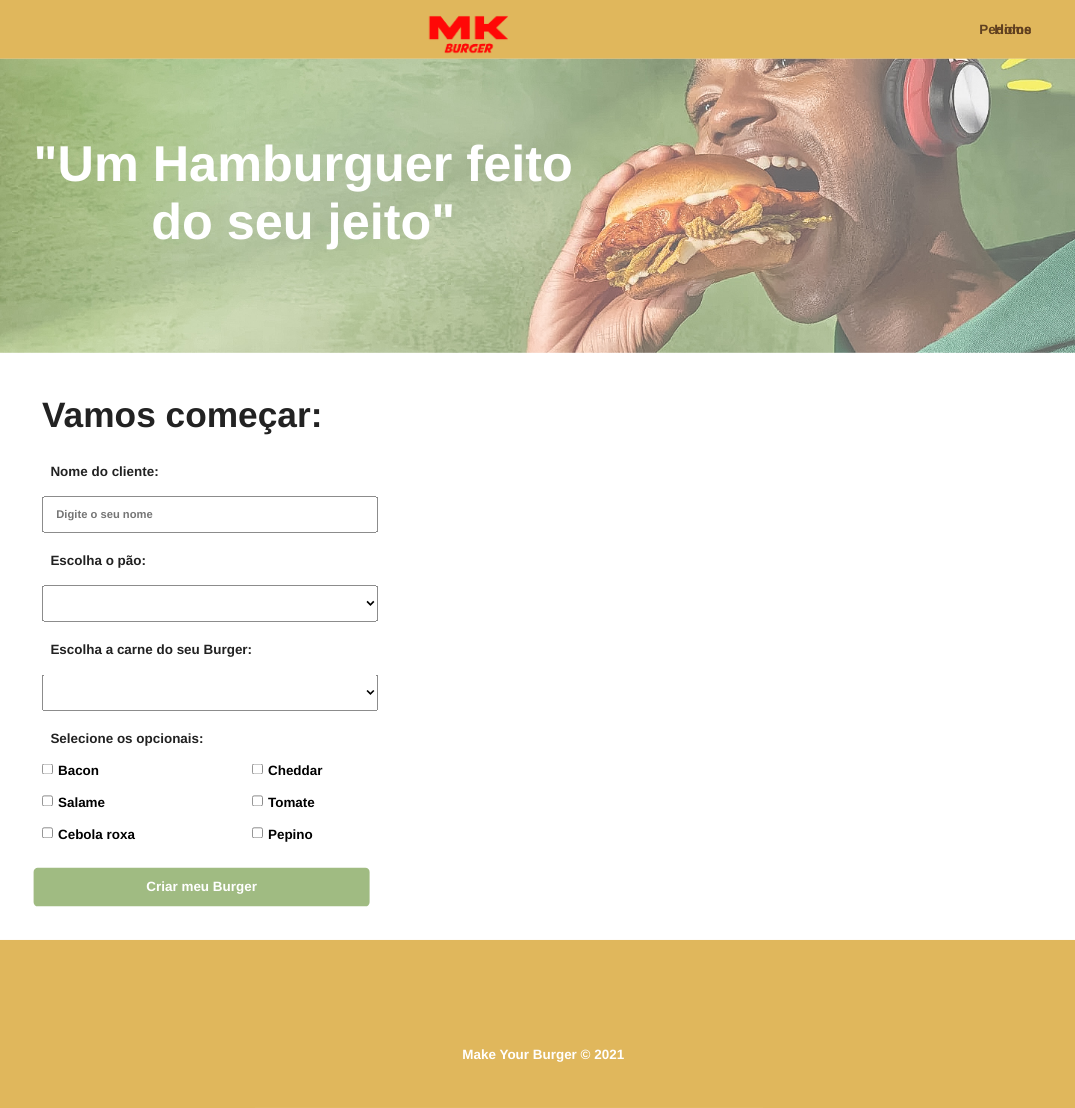
Repository: MarcoantonioCaldeira/Sistema-para-Hamburgueria
Page: /
These files come from the project's save history. The page is drawn as it stood at one moment and after the next save; the edit follows.
The browser window is 1280 px wide. The pictures show the whole page, at 84% of full size.
The project was rebuilt for these pictures with package versions that can differ from the ones it lists, and the page was loaded fresh each time. Requests to the local data server were answered from the project's data file. Also part of the build but not shown: vue.config.js.

Above is the page before, as saved 2022-11-02 22:30:18.

After the next save:
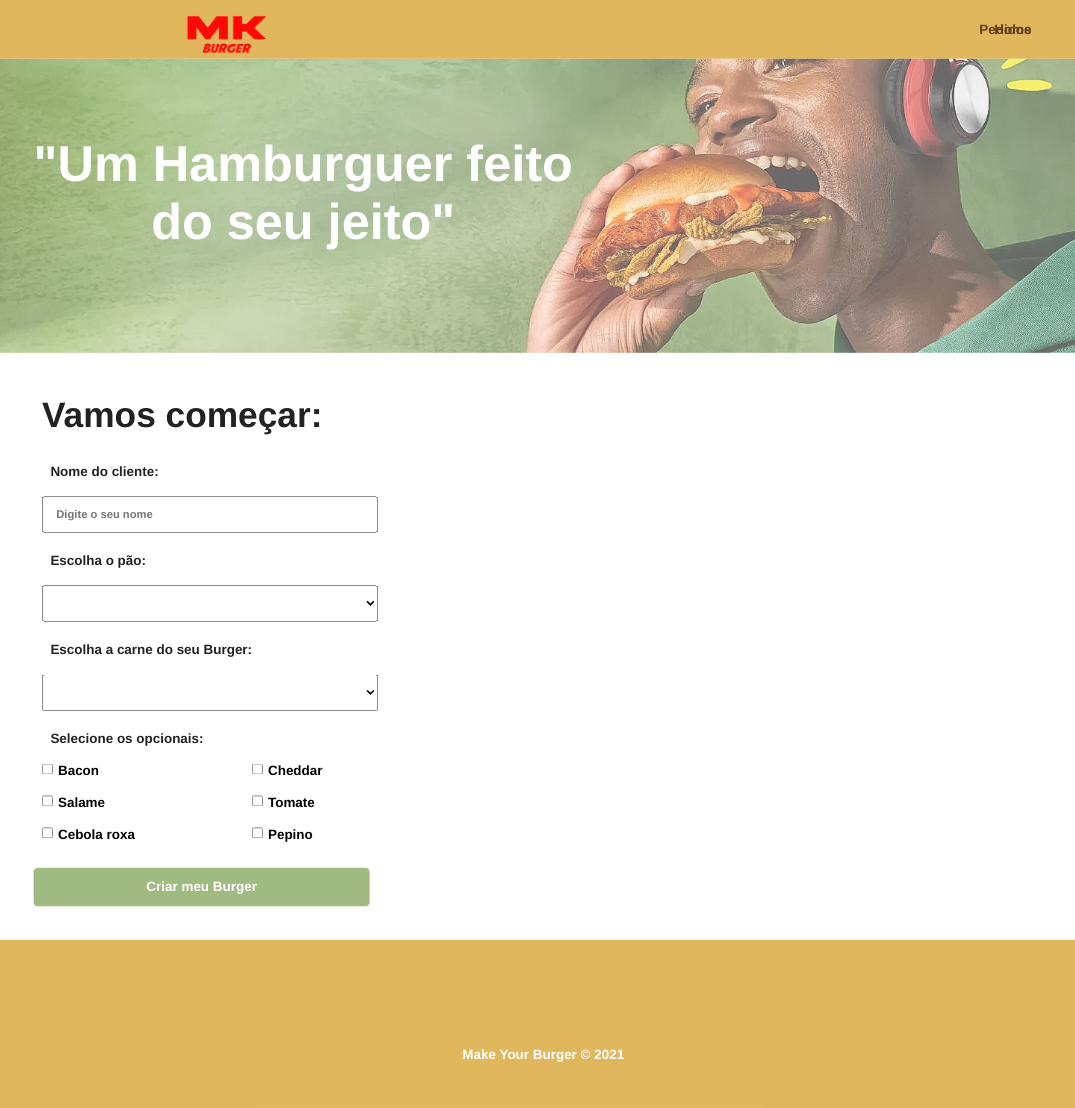
Saved 4 s later.
--- a/src/components/Navbar.vue
+++ b/src/components/Navbar.vue
@@ -31,7 +31,7 @@
       }
 
       #logo{
-        margin-left:-100vh;
+        margin-left:-140vh;
         width: 100px;
         height: 100px;
       }
